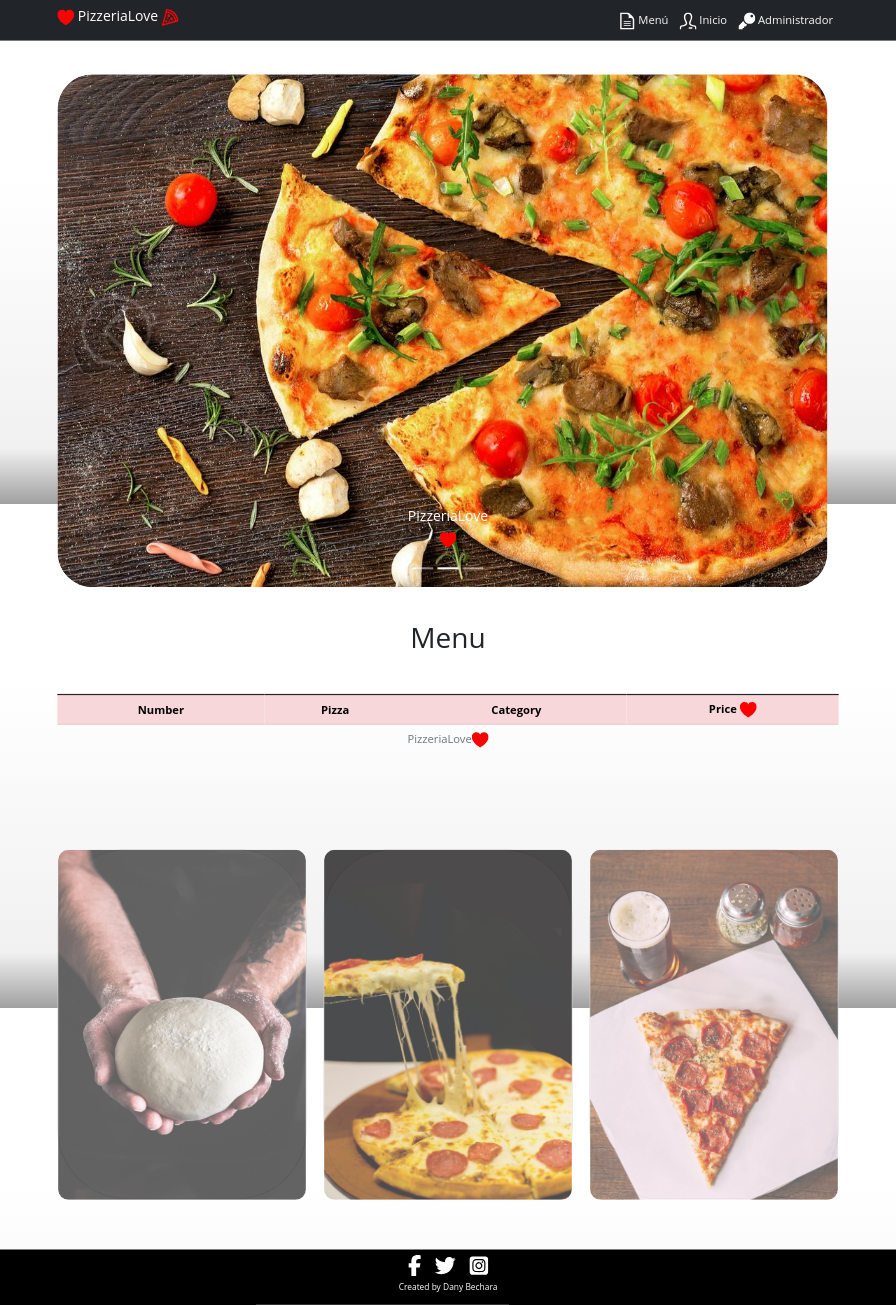
Repository: bechara611/PizzeriaLove
Page: /
The author's editor kept a copy of each file at every save. The page is drawn from the files as they stood at one save, then again after the next save.
The browser window is 1280 px wide. The pictures show the whole page, at 70% of full size.
The page's requests for data from a server got no answer. Backgrounds fixed to the window are drawn as part of the page. The project was rebuilt for these pictures with package versions that can differ from the ones it lists, and the page was loaded fresh each time. No one was signed in, and anything a server would have sent is missing. Also part of the build but not shown: src/App.css, src/App.js, src/Componentes/FormularioAgregarMenu.css, src/Elementos/Alerta.js, src/Elementos/AlertaRed.js, src/Componentes/FormularioAgregarMenu.js.

Above is the page before, as saved 2022-02-25 22:39:17.

After the next save:
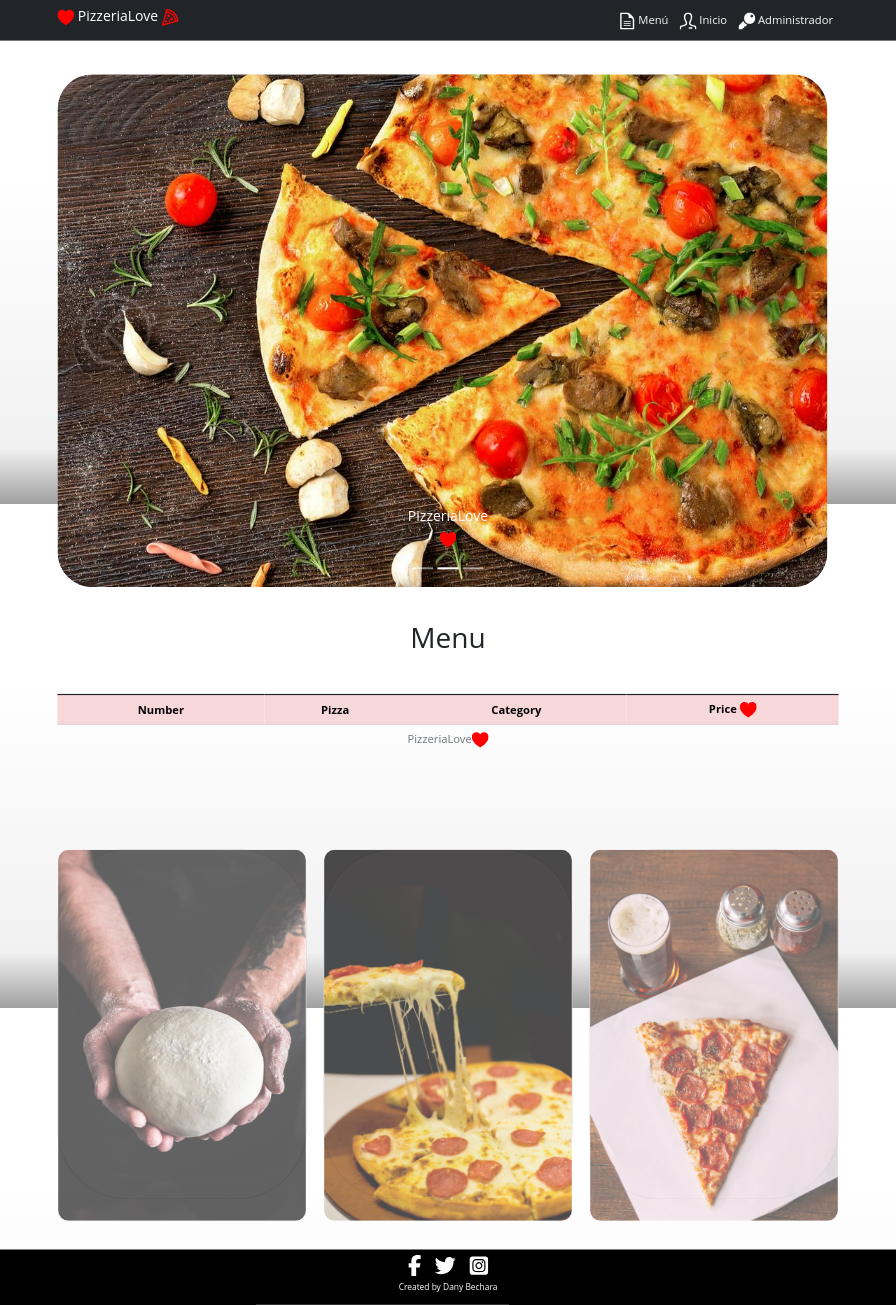
Saved 3 min 58 s later.
--- a/src/Componentes/Galeria.css
+++ b/src/Componentes/Galeria.css
@@ -13,7 +13,7 @@
    min-height: 500px;
    opacity: .7;
    animation-name: colores;
-
+   animation-duration: 4s;
    animation-iteration-count: infinite;
 
 }

After the 3 saves that followed:
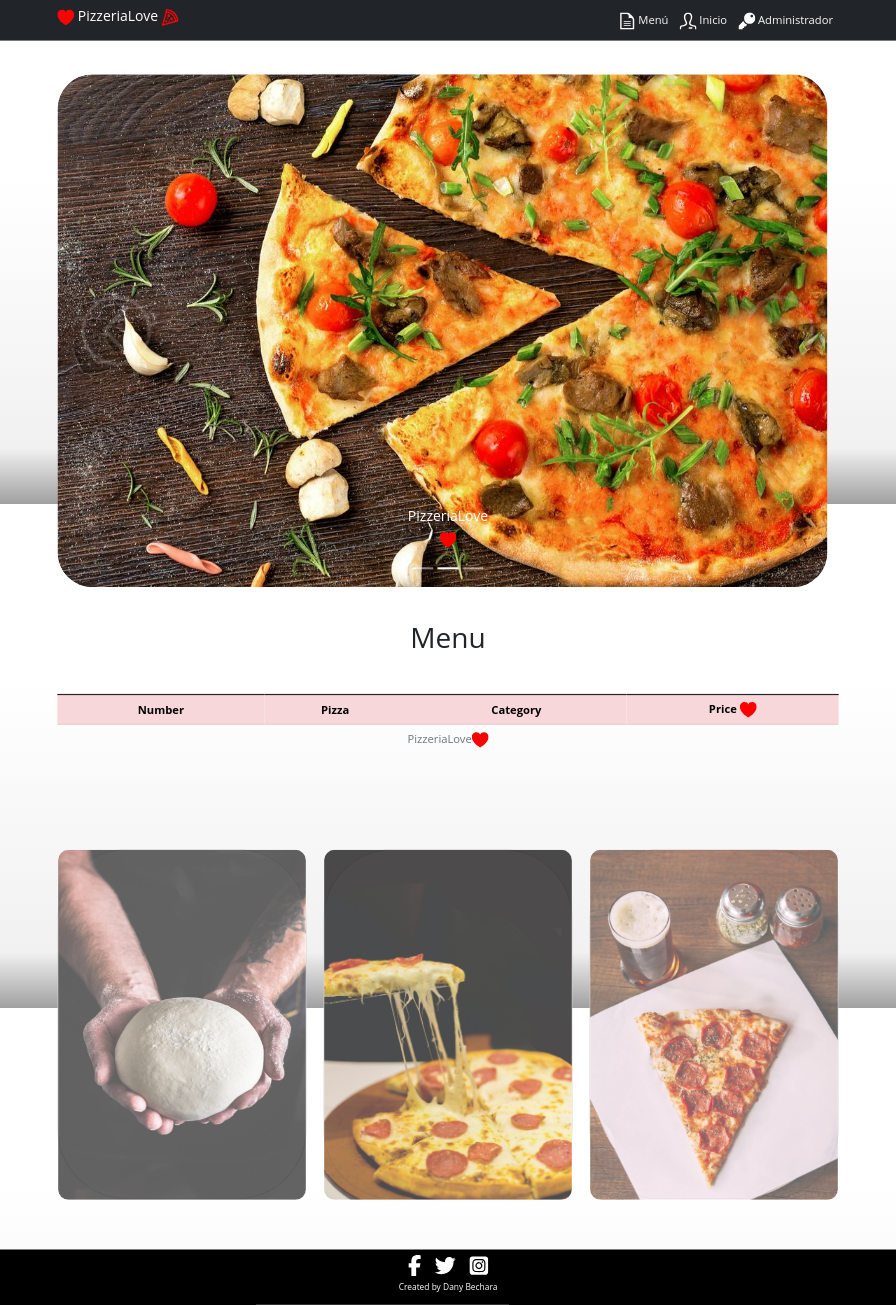
The 3 saves are shown as one change because 2 left the picture as it was.
The last was saved 64 s later.
--- a/src/Componentes/Galeria.css
+++ b/src/Componentes/Galeria.css
@@ -12,20 +12,23 @@
     max-height: 500px;
    min-height: 500px;
    opacity: .7;
-   animation-name: colores;
-   animation-duration: 4s;
-   animation-iteration-count: infinite;
+
 
 }
-.cardcitaImagen:hover{opacity: 1;}
+.cardcitaImagen:hover{
+    opacity: 1;
+    animation-name: colores;
+    animation-duration: 4s;
+    animation-iteration-count: infinite;
+}
 
 @keyframes colores
 {
 /*from{background: #9EB3C2;}
 to{background:#21295C ;}*/
-0%{min-height: 510px;}
-25%{min-height: 520px;}
+0%{min-height: 500px;}
+25%{min-height: 520;}
 50%{min-height: 530px;}
-75%{min-height: 540px;}
-100%{min-height: 560px;}
+75%{min-height: 520;}
+100%{min-height: 500;}
 }
